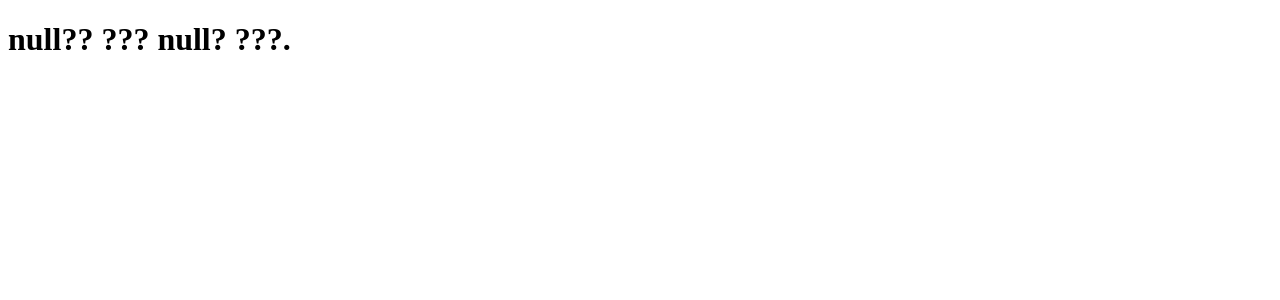
Repository: LEECHUNGs/05_Server
Page: http://localhost/SuervletProject/example1
The author's editor kept a copy of each file at every save. The page is drawn from the files as they stood at one save, then again after the next save.
The browser window is 1280 px wide. The pictures show the whole page.
The page is served by Tomcat 10.

Above is the page before, as saved 2024-03-21 05:08:29.

After the next save:
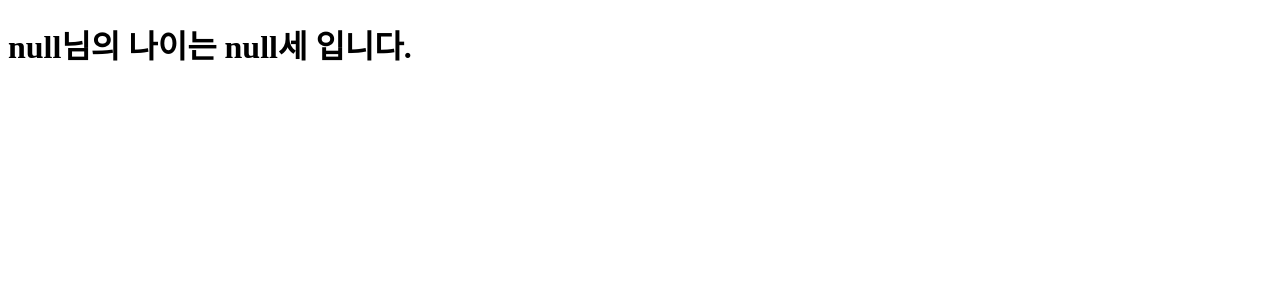
Saved 23 s later.
--- a/SuervletProject/src/main/java/edu/kh/servlet/controller/ExampleController1.java
+++ b/SuervletProject/src/main/java/edu/kh/servlet/controller/ExampleController1.java
@@ -47,7 +47,7 @@ public class ExampleController1 extends HttpServlet{
 		// HttpServletResponse 객체 이용
 
 		// 응답하는 문서의 형식과 문자인코딩을 지정
-		resp.setContentType("text/html;");
+		resp.setContentType("text/html; charset=UTF-8");
 
 		// 서버 -> 클라이언트로 연결되는 스트림 얻어오기
 		// 서버에서 클라이언트로 응답하는 방법은 응답 페이지를 만들어 보냄
